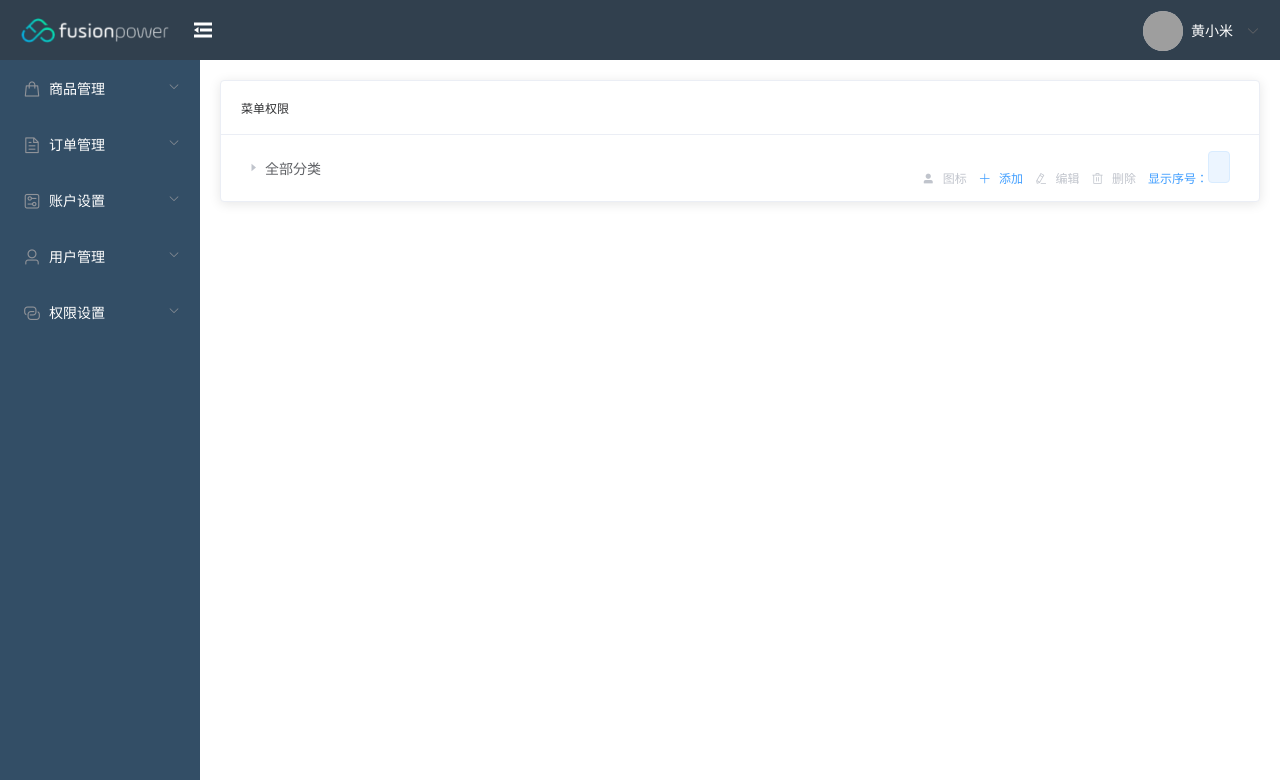
Repository: HanNing-cyber/vue-cms-project
Page: /#/auth/menu
These files come from the project's save history. The page is drawn as it stood at one moment and after the next save; the edit follows.
The browser window is 1280 px wide. The pictures show the whole page.
Pictures or frames that could not be fetched are drawn as grey boxes. The project was rebuilt for these pictures with package versions that can differ from the ones it lists, and the page was loaded fresh each time. Also part of the build but not shown: vue.config.js, src/views/Login.vue, src/views/Register.vue.

Above is the page before, as saved 2020-05-06 00:24:05.

### src/main.js
import Vue from 'vue'
import App from './App.vue'
import router from './router'
import store from './store'
import '@/plugins/element'
import '@/plugins/axios'

Vue.config.productionTip = false

new Vue({
  router,
  store,
  render: h => h(App)
}).$mount('#app')

### src/App.vue
<template>
  <div id="app">
    <router-view></router-view>
  </div>
</template>

<script>
export default {
  name: "app",
  components: {}
};
</script>

<style lang="less">
@import "./assets/css/reset.css";
.el-row {
  margin-bottom: 20px;
  &:last-child {
    margin-bottom: 0;
  }
}
.el-col {
  border-radius: 4px;
}
.bg-purple-dark {
  background: #99a9bf;
}
.bg-purple {
  background: #d3dce6;
}
.bg-purple-light {
  background: #e5e9f2;
}
.grid-content {
  border-radius: 4px;
  min-height: 36px;
}
.row-bg {
  padding: 10px 0;
  background-color: #f9fafc;
}
a{
  color: currentColor;
}
</style>

### src/router/index.js
import Vue from 'vue'
import VueRouter from 'vue-router'
import Login from "@/views/Login.vue";
import Register from "@/views/Register.vue";
import Layout from "@/components/Layout.vue";
import { Message} from 'element-ui'

Vue.use(VueRouter)

  const routes = [
  {
    path: '/',
    name: 'Login',
    alias: "/login",
    meta:{requiresAuth:false},
    component: Login,
  },
  {
    path: '/register',
    name: 'Register',
    meta:{requiresAuth:false},
    component: Register,
  },
  // 商品管理
  {
    path:'/goods',
    name:'Goods',
    component:Layout,
    children: [
      {
        path: "list",
        name: "GoodsList",
        meta:{requiresAuth:true},
        component: () => import("@/views/Goods/List.vue"),
      },
      {
        path: "release",
        name: "GoodsRelease",
        meta:{requiresAuth:true},
        component: () => import("@/views/Goods/Release.vue"),
      },
      {
        path: "category",
        name: "GoodsCategory",
        meta:{requiresAuth:true},
        props: true,
        component: () => import("@/views/Goods/Category.vue"),
      },
      {
        path: 'edit',
        name: 'GoodsEdit',
        // meta: { requiresAuth: true },
        component: () => import('@/views/Goods/Edit.vue')
      },
    ],
  },
  // 订单管理
  {
    path:'/order',
    name:'Order',
    component:Layout,
    children: [
      {
        path: "list",
        name: "OrderList",
        meta:{requiresAuth:true},
        component: () => import("@/views/Order/List.vue"),
      },
    ],
  },
  // 账户设置
  {
    path:'/admin',
    name:'Admin',
    component:Layout,
    children: [
      {
        path: "setting",
        name: "AdminSetting",
        meta:{requiresAuth:true},
        component: () => import("@/views/Admin/Setting.vue"),
      },
    ],
  },
  // 用户管理
  {
    path:'/user',
    name:'User',
    component:Layout,
    children: [
      {
        path: "list",
        name: "UserList",
        meta:{requiresAuth:true},
        component: () => import("@/views/User/List.vue"),
      },
    ],
  },
  // 权限管理
  {
    path:'/auth',
    name:'Auth',
    component:Layout,
    children: [
      {
        path: "role",
        name: "AuthRole",
        meta:{requiresAuth:true},
        component: () => import("@/views/Auth/Role.vue"),
      },
      {
        path: "menu",
        name: "AuthMenu",
        meta:{requiresAuth:true},
        component: () => import("@/views/Auth/Menu.vue"),
      },
    ],
  },
]

const router = new VueRouter({
  routes
})

export default router

### src/plugins/axios.js
import axios from 'axios';
import { Loading,Message } from 'element-ui';
// 路由实例
import router from '@/router/index'
// loading实例
let loading;
//设置默认参数
axios.defaults.baseURL='http://localhost:3003';

// 请求拦截器
axios.interceptors.request.use(function(config){
    // 开启loding
    loading=Loading.service({background:'rgba(0,0,0,0.7'});
    console.log(config);
    // 在发送请求之前，在headers头加token
    if(config.url=='/api/admin/login' || config.url=='/api/admin/register'){
        return config;
    }
    let token = sessionStorage.token;
    // 判断是否已经登录，拥有token
    // 没有token，提示用户，跳转登录页面
    if(!token){
        Message.error('token令牌失效，请重新登录！')
        setTimeout(()=>{
            router.replace('/login');
            loading.close();
        },2000);
        return;
    }
    // 拥有token，在headers头添加token
    config.headers.Authorization=`Bearer ${token}`;
    return config;
},function(error){
    // 对请求错误做些什么
    return Promise.reject(error);
})


axios.interceptors.response.use(function (response) {
    // 关闭loading
    loading.close();
    //在这里你可以判断后台返回数据携带的请求码
    if (response.status === 200) {
    return response.data
    }
    // else {
    // // 非200请求抱错
    // throw Error(response.data.msg || '服务异常')
    // }
}, function (error) {
    // 对响应错误做点什么
    return Promise.reject(error);
});

export default axios;

### src/assets/css/reset.css
/*version: 2.7.0 */

html,
body {
	color: #898989;
	background: #FFF;
	font-family: "Microsoft YaHei UI", "Microsoft YaHei UI Light", "微软雅黑", "宋体", Helvetica-Black-SemiBold, Tahoma, Arial, sans-serif;
	font-size: 12px;
}

body,
div,
dl,
dt,
dd,
ul,
ol,
li,
h1,
h2,
h3,
h4,
h5,
h6,
pre,
code,
form,
fieldset,
legend,
input,
button,
textarea,
p,
blockquote,
th {
	margin: 0;
	padding: 0;
}

table {
	border-collapse: collapse;
	border-spacing: 0;
}

fieldset {
	border: solid 1px #666;
}
/*取消img蓝框*/
img {
	border: 0;
}

address,
caption,
cite,
code,
dfn,
em,
strong,
th,
var,
optgroup {
	font-style: inherit;
	font-weight: inherit;
}

del,
ins {
	text-decoration: none;
}

li {
	list-style: none;
}

caption,
th {
	text-align: left;
}

h1,
h2,
h3,
h4,
h5,
h6 {
	font-weight: normal;
}

h2 {
	font-size: 16px;
}

h3 {
	font-size: 14px;
}

q:before,
q:after {
	content: '';
}

abbr,
acronym {
	border: 0;
	font-variant: normal;
}

sup {
	vertical-align: baseline;
}

sub {
	vertical-align: baseline;
}

legend {
	color: #000;
}

input,
button,
textarea,
select,
optgroup,
option {
	font-family: inherit;
	font-size: inherit;
	font-style: inherit;
	font-weight: inherit;
}

input,
button,
textarea,
select {
	*font-size: 100%;
}

strong {
	font-weight: bold;
}

em {
	font-style: italic;
}
/*取消链接下横线*/
a {
	color: #ffd200;;
	text-decoration: none;
}

a:hover {
	color: #666;
}

a:focus {
	outline: thin dotted;
}


/* 改善在所有浏览器中获取焦点和悬停时的可读性: h5bp.com/h */

a:hover,
a:active {
	outline: 0;
}

.fl {
	float: left;
}

.fr {
	float: right;
}

.clear {
	clear: both;
}

.clearfix {
	*zoom: 1;
}

.clearfix:before,
.clearfix:after {
	display: table;
	line-height: 0;
	content: "";
}

.clearfix:after {
	clear: both;
}

.container {
	width: 1200px;
	margin-right: auto;
	margin-left: auto;
	*zoom: 1;
}

.container:before,
.container:after {
	display: table;
	line-height: 0;
	content: "";
}

.container:after {
	clear: both;
}

### src/components/Layout.vue
<template>
  <el-container>
    <el-header>
      <Navbar></Navbar>
    </el-header>
    <el-container>
      <el-aside width="200px">
        <LeftMenu></LeftMenu>
      </el-aside>
      <el-main>
        <router-view></router-view>
      </el-main>
    </el-container>
  </el-container>
</template>

<script>
import LeftMenu from '@/components/LeftMenu.vue';
import Navbar from '@/components/Navbar.vue';
export default{
    components:{
        LeftMenu,
        Navbar,
    }
}
</script>

<style lang="less">
 .el-header, .el-footer {
    background-color: #31404E;
    color: white;
    line-height: 60px;
  }

  .el-aside {
    background-color: #334E66;
    color: #333;
    text-align: left;
    min-height: 100vh;
    .el-menu{
      border-right: 0;
    }
  }

  .el-main {
    background-color: white;
    color: #333;
  }

  body > .el-container {
    margin-bottom: 40px;
  }

  .el-container:nth-child(5) .el-aside,
  .el-container:nth-child(6) .el-aside {
    line-height: 260px;
  }

  .el-container:nth-child(7) .el-aside {
    line-height: 320px;
  }
</style>

### src/views/Auth/Menu.vue
<template>
	<div>
		<el-card class="box-card">
			<div slot="header" class="clearfix">
				<span>菜单权限</span>
			</div>
			<!-- <el-tree :data="data" :props="defaultProps" @node-click="handleNodeClick"></el-tree> -->
			<div class="custom-tree-container">
				<div class="block">
					<!-- <el-tree ref="tree" lazy :props="defaultProps" :data="data"> -->
					<el-tree ref="tree" :load="loadNode" lazy :props="defaultProps" node-key="id">
						<span class="custom-tree-node" slot-scope="{ node, data }">
							<span>{{node.label }}</span>
							<span>
								<el-tooltip class="item" effect="light" content="Left Top 提示文字" placement="left-start">
									<el-button type="text" size="mini" icon="el-icon-user-solid" :disabled="node.level==1">
										图标
									</el-button>
								</el-tooltip>
								<el-button type="text" size="mini" icon="el-icon-plus" @click.stop="openInsertModal(node,data)">
									添加
								</el-button>
								<el-button type="text" size="mini" icon="el-icon-edit" :disabled="node.level==1" @click.stop="openEditModal(node,data)">
									编辑
								</el-button>
								<el-button type="text" size="mini" icon="el-icon-delete" @click.stop="openRemoveModal(node,data)" :disabled="node.level==1">
									删除
								</el-button>
								<el-button type="text" size="mini">
									<span class="sort">显示序号：</span>
									<el-tag class="tag">{{data.order}}</el-tag>
								</el-button>
							</span>
						</span>
					</el-tree>
				</div>
			</div>
		</el-card>
		<!-- 添加模态框 -->
		<el-dialog title="添加节点" :visible.sync="insertVisible" width="30%">
			<el-form ref="insertForm" :model="insertForm" :rules="rules" label-width="80px">
				<el-form-item label="菜单名称" prop="name">
					<el-input v-model="insertForm.name"></el-input>
				</el-form-item>
				<el-form-item label="链接地址" prop="path">
					<el-input v-model="insertForm.path" placeholder="指定此菜单的链接地址,可选填"></el-input>
				</el-form-item>
				<el-form-item label="显示顺序" prop="order">
					<el-input v-model="insertForm.order" placeholder="显示顺序按照数字大小,如:2001"></el-input>
				</el-form-item>
			</el-form>
			<span slot="footer" class="dialog-footer">
				<el-button @click="insertVisible = false">取 消</el-button>
				<el-button type="primary" @click="handleInsert('insertForm')">确 定</el-button>
			</span>
		</el-dialog>

		<!-- 编辑模态框 -->
		<el-dialog title="编辑节点" :visible.sync="editVisible" width="30%">
			<el-form ref="editForm" :model="editForm" :rules="rules" label-width="80px">
				<el-form-item label="菜单名称" prop="name">
					<el-input v-model="editForm.name"></el-input>
				</el-form-item>
				<el-form-item label="链接地址" prop="path">
					<el-input v-model="editForm.path" placeholder="指定此菜单的链接地址,可选填"></el-input>
				</el-form-item>
				<el-form-item label="显示顺序" prop="order">
					<el-input v-model="editForm.order" placeholder="显示顺序按照数字大小,如:2001"></el-input>
				</el-form-item>
			</el-form>
			<span slot="footer" class="dialog-footer">
				<el-button @click="editVisible = false">取 消</el-button>
				<el-button type="primary" @click="handleEdit('editForm')">确 定</el-button>
			</span>
		</el-dialog>
	</div>
</template>

<script>
	import { Auth } from '@/api/index.js'

	export default {
		data() {
			return {
				defaultProps: {
					label: 'name',
					children: "children",
				},
				insertForm: {
					name: '',
					pId: '',
					order: '',
				},
				editForm: {
					name: '',
					pId: '',
					order: '',
				},
				rules: {
					name: [
						{ required: true, message: '请输入分类名称', trigger: 'blur' },
					],
					order: [
						{ required: true, message: '请输入菜单顺序', trigger: 'blur' },
					]
				},
				nodeData: {}, //节点数据
				node: {}, //节点对象
				insertVisible: false,
				editVisible: false,
			}
		},
		methods: {
			async loadNode(node, resolve) {
				console.log(node);
				// 根节点
				if (node.level == 0) {
					return resolve([{ name: '全部分类', pId: 0 }]);
				}
				if (node.level == 1) {
					// 取出node.data里的数据
					let { status, data } = await Auth.subcate({ pId: 1 });
					if (status) {
						resolve(data);
					}
				}
				if (node.level == 2) {
					// 取出node.data里的数据
					let id = node.data.id;
					// let { pId } = node.data;
					let { status, data } = await Auth.subcate({ pId: id });
					if (status) {
						resolve(data);
					}
				}
			},
			// 删除
			openRemoveModal(node, data) {
				this.$confirm('确定要删除此分类吗?', { type: 'warning' })
					.then(async () => {
						// 发送ajax
						let id = node.data.id;
						let { status } = await Auth.del({ id }); //扩展运算符
						if (status) {
							// 界面上的数据删除
							this.$refs.tree.remove(data);
							this.$message.success('删除成功');
						} else {
							this.$message.error(msg);
						}
					});
			},
			// 添加
			openInsertModal(node, data) {
				console.log(data)
				// 转存了父级分类id
				this.insertForm.pId = data.pId + 1;
				// 转存 父类节点
				this.node = node;
				this.insertVisible = true;
			},
			handleInsert(formName) {
				this.$refs[formName].validate(async (valid) => {
					if (valid) {
						let { status, msg, data } = await Auth.insert({ ...this.insertForm }); //扩展运算符
						if (status) {
							// 关闭弹窗
							this.insertVisible = false;
							// 界面添加节点
							this.$refs.tree.append({ ...this.insertForm, ...data }, this.node);
						}
					}
				});
			},
			// 编辑
			openEditModal(node, data) {
				// 转存节点对象
				this.node = node;
				this.editForm = { ...data };
				this.editVisible = true;
			},
			handleEdit(formName) {
				this.$refs[formName].validate(async (valid) => {
					if (valid) {
						let { status, msg } = await Auth.Edit({ ...this.editForm }); //扩展运算符
						if (status) {
							this.$message.success(msg);
							// 关闭弹窗
							this.editVisible = false;
							// 更新节点
							this.node.data = this.editForm;
						} else {
							this.$message.error(msg);
						}
					}
				});
			}
		},
	}
</script>

<style lang="less" scoped>
	.custom-tree-node {
		flex: 1;
		display: flex;
		align-items: center;
		justify-content: space-between;
		font-size: 14px;
		padding-right: 8px;
	}

	.xu {
		font-size: 12px;
		padding-left: 10px;
	}
</style>

### src/api/index.js
import Admin from './modules/admin';
import User from './modules/user';
import Login from './modules/login';
import Category from './modules/category';
import Goods from './modules/goods';
import Auth from './modules/auth';
import Order from './modules/order';
// import Upload from './modules/upload';
export {
    Admin,
    User,
    Login,
    Category,
    Goods,
    Auth,
    Order,
}

### src/components/LeftMenu.vue
<template>
  <el-menu router default-active="2" class="el-menu-vertical-demo" background-color="#334E66" text-color="#fff" active-text-color="#ffd04b">
    <el-submenu index="1">
      <template slot="title">
        <i class="el-icon-goods"></i>
        <span slot="title">商品管理</span>
      </template>
      <el-menu-item index="/goods/category">商品分类</el-menu-item>
      <el-menu-item index="/goods/release">发布商品</el-menu-item>
      <el-menu-item index="/goods/list">商品列表</el-menu-item>
    </el-submenu>
    <el-submenu index="2">
      <template slot="title">
        <i class="el-icon-document"></i>
        <span slot="title">订单管理</span>
      </template>
      <el-menu-item index="/order/list">订单列表</el-menu-item>
    </el-submenu>
    <el-submenu index="3">
      <template slot="title">
        <i class="el-icon-set-up"></i>
        <span slot="title">账户设置</span>
      </template>
      <el-menu-item index="/admin/setting">账户信息</el-menu-item>
    </el-submenu>
    <el-submenu index="4">
      <template slot="title">
        <i class="el-icon-user"></i>
        <span slot="title">用户管理</span>
      </template>
      <el-menu-item index="/user/list">用户列表</el-menu-item>
    </el-submenu>
    <el-submenu index="5">
      <template slot="title">
        <i class="el-icon-connection"></i>
        <span slot="title">权限设置</span>
      </template>
      <el-menu-item index="/auth/role">用户角色</el-menu-item>
      <el-menu-item index="/auth/menu">菜单权限</el-menu-item>
    </el-submenu>
  </el-menu>
</template>

<script></script>

<style lang="less" scoped>
body {
  overflow: hidden;

  .el-aside {
    height: 100vh;
  }
}
</style>

### src/components/Navbar.vue
<template>
  <div class="nav-bar">
    <div class="left">
      <div class="name">
        <img src="../assets/img/logo.png" alt="" width="150px">
      </div>
      <el-button type="text" class="icon-toggle" icon="el-icon-s-fold"></el-button>
    </div>
    <div class="right">
      <el-dropdown>
        <span class="el-dropdown-link">
          <el-avatar src="https://cube.elemecdn.com/0/88/03b0d39583f48206768a7534e55bcpng.png"></el-avatar>
          <span class="nickname">黄小米</span>
          <i class="el-icon-arrow-down el-icon--right"></i>
        </span>
        <el-dropdown-menu size="medium" slot="dropdown">
          <el-dropdown-item>消息</el-dropdown-item>
          <el-dropdown-item>设置</el-dropdown-item>
          <el-dropdown-item divided>退出</el-dropdown-item>
        </el-dropdown-menu>
      </el-dropdown>
    </div>
  </div>
</template>

<script>
export default {};
</script>

<style lang="less">
.nav-bar {
  display: flex;
  justify-content: space-between;
  align-items: center;
  padding: 5px 0;
  line-height: 0;

  .left {
    display: flex;
    align-items: center;

    .icon-toggle {
      font-size: 24px;
      margin-left: 20px;
      color: white;
    }
  }
  .right {
    .el-dropdown-link {
      display: flex;
      align-items: center;
    }
    .nickname {
      color: white;
      margin: 0 8px;
    }
  }
}
.el-dropdown-menu {
  width: 200px;
  background-color: #31404E;
}
</style>

### src/api/modules/admin.js
import axios from 'axios';

// // 管理员登陆

// //ES5写法
// // function login(data){
// //     return axios.post('/admin/login',data);
// // }

// // ES6写法
// let login = (data) => axios.post('/admin/login',data);
// let register = (data) => axios.post('/admin/register',data);
// let list = (data) => axios.get('/admin/list',{params:data});

// // 删除管理员
// let remove = (data) => axios.post('/admin/delete',{id:data});
// // 获取管理员资料

let info = (data) => axios.get('/api/admin',{params:data})

let edit = (data) => axios.post('/admin/info',data)
let subcate = (data) => axios.get('/api/role/list' , {params:data});
export default{
    info,
    edit,
    subcate,

}

### src/api/modules/user.js
import axios from 'axios';

// // 文章列表
let list = (data) => axios.get('/api/admin/list',{params:data});
let role = (data) => axios.get('/api/role/list', { params: data });
// // 删除用户
let remove = (id) => axios.delete('/api/admin' , {params:id});
// // 获取用户资料
// let info = (data) => axios.get('/user',{params:data});

// let edit = (id ,data ) => axios.put(`/user/${id}` ,data);

export default{
    list,
    role,
    remove,
//     info,
//     edit,
}

### src/api/modules/login.js
import axios from 'axios';



let login = (data) => axios.post('/api/admin/login',data);
let register = (data) => axios.post('/api/admin/register',data);

export default{
    login,
    register,

}

### src/api/modules/category.js
import axios from 'axios';
// 获取子级分类
let subcate = (data) => axios.get('/api/category/sub' , {params:data});
// 获取所有分类
let list= (data) => axios.get('/api/category/all' , {params:data});
// 添加分类
let insert = (data) => axios.post('/category/add' ,data)
// 删除分类
let remove = (id) => axios.delete('/api/category',{params:id});
// 编辑分类
let edit = (data) => axios.post('/category/edit',data)

export default{
    subcate,
    list,
    insert,
    remove,
    edit,
}

### src/api/modules/goods.js
import axios from 'axios';
// 获取子级分类
// let subcate = (data) => axios.get('/api/category/all' , {params:data});
// 获取所有分类
let list= (data) => axios.get('/api/admin/goods/list' , {params:data});
// // 添加分类
// let insert = (data) => axios.post('/category/add' ,data)
// // 删除分类
// let remove = (data) => axios.post('/category/delete',{id:data});
let remove = (id) => axios.delete('/api/admin/goods',{params:id});
// // 编辑分类
// let edit = (data) => axios.post('/category/edit',data)
// 发布新商品
let add = (data) => axios.post('/api/admin/goods',data);
// 发布新商品
let release = (data) => axios.post('/api/admin/goods', data);

export default{
    list,
    remove,
    release,
}

### src/api/modules/auth.js
import axios from 'axios';

// // 列表
let list = (data) => axios.get('/api/role/list', { params: data });
// //删除
// let remove = (id) => axios.delete(`/role/${id}`);
let remove = (id) => axios.delete('/api/menu',{params:id});
let menu = (data) => axios.get('/api/menu/sub', { params: data })
// //添加
let insert = (data) => axios.post('/api/menu', data);
// //编辑
// let edit = (id, data) => axios.put(`/role/${id}`, data);
export default {
	list,
	remove,
	menu,
	insert,
// 	edit
}

### src/api/modules/order.js
import axios from 'axios';

// 订单列表
let list = (data) => axios.get('/api/admin/order/list', { params: data })

export default {
	list,
}

Loaded but not shown: public/index.html (common file); src/store/index.js (common file); src/plugins/element.js (common file)

After the next save:
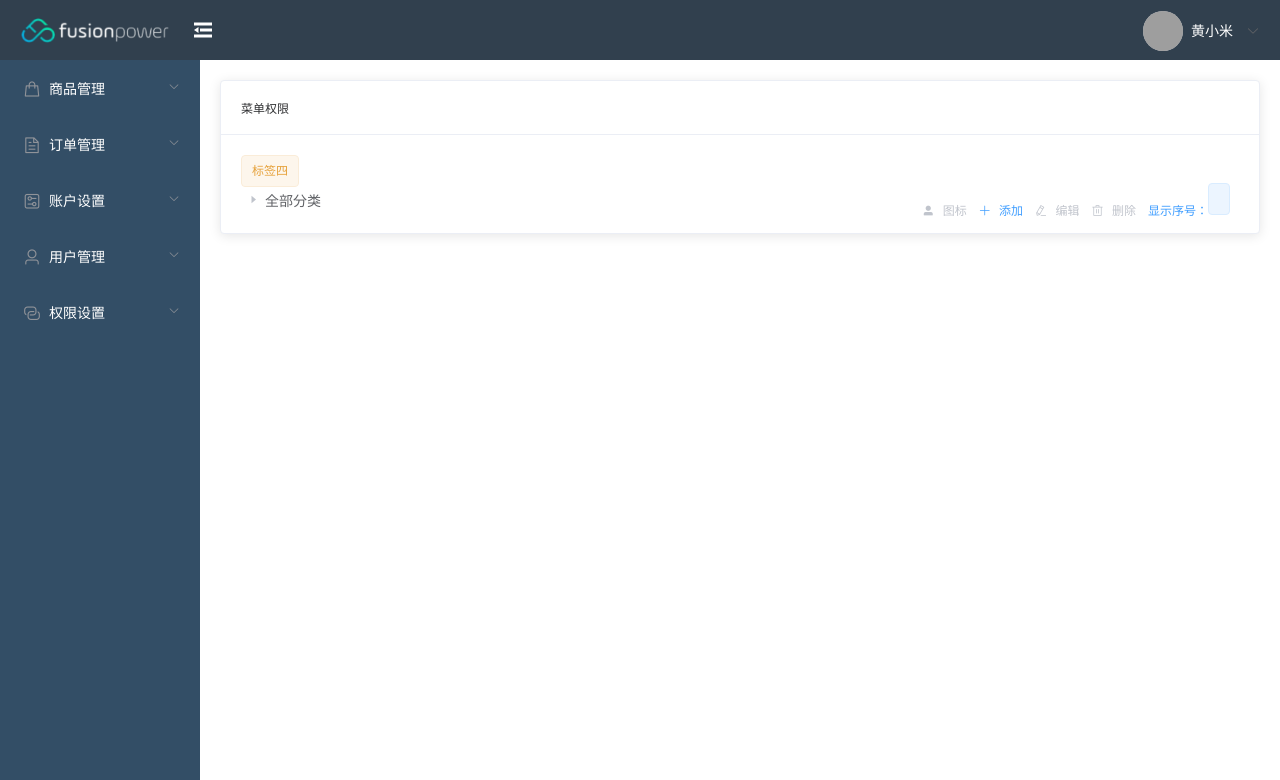
Saved 5 min 11 s later.
--- a/src/views/Auth/Menu.vue
+++ b/src/views/Auth/Menu.vue
@@ -6,6 +6,7 @@
 			</div>
 			<!-- <el-tree :data="data" :props="defaultProps" @node-click="handleNodeClick"></el-tree> -->
 			<div class="custom-tree-container">
+				<el-tag type="warning">标签四</el-tag>
 				<div class="block">
 					<!-- <el-tree ref="tree" lazy :props="defaultProps" :data="data"> -->
 					<el-tree ref="tree" :load="loadNode" lazy :props="defaultProps" node-key="id">
